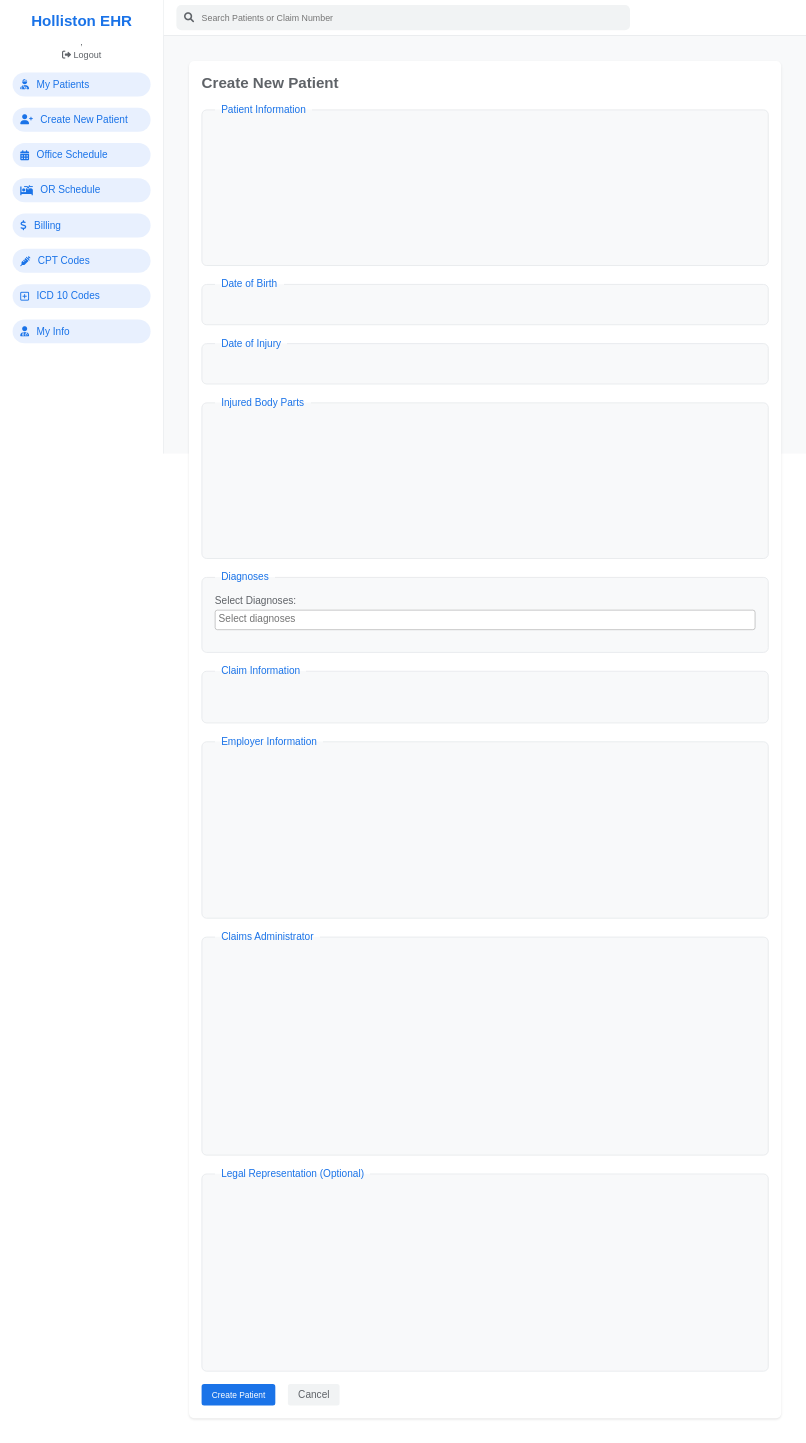
Repository: DavidG626/Flask-Project
Page: templates/create_patient.html
An editor plug-in stored every save of this project. The page is shown before and after the next save, followed by the edit.
The browser window is 1280 px wide. The pictures show the whole page, at 63% of full size.
Some web libraries are served in a nearby version. The template is drawn by Flask 3. The application's start-up code is not run. Other server files are loaded and not shown. The template is opened directly, without the code that normally fills it, so the values that code supplies are empty.

Above is the page before, as saved 2025-02-08 02:31:26.

### templates/create_patient.html
<!DOCTYPE html>
<html lang="en">
    <head>
        <meta charset="UTF-8">
        <meta name="viewport" content="width=device-width, initial-scale=1.0">
        <title>Create New Patient</title>
        <link rel="stylesheet" type="text/css" href="/static/dashboard.css">
        <link rel="stylesheet" type="text/css" href="{{ url_for('static', filename='create_patient.css') }}">
        <link href="https://cdnjs.cloudflare.com/ajax/libs/font-awesome/6.0.0/css/all.min.css" rel="stylesheet">
        <link href="https://cdn.jsdelivr.net/npm/select2@4.1.0-rc.0/dist/css/select2.min.css" rel="stylesheet" />
        <script src="https://cdn.jsdelivr.net/npm/jquery@3.6.0/dist/jquery.min.js"></script>
        <script src="https://cdn.jsdelivr.net/npm/select2@4.1.0-rc.0/dist/js/select2.min.js"></script>
    </head>
<body>
    <div class="container">
          <!-- Sidebar -->
          <aside class="sidebar">
            <div class="logo">Holliston EHR</div>
            <div class="logged-user">
                 {{ current_user.first_name }} {{ current_user.last_name }}, {{ current_user.medical_title }}
                <a href="{{ url_for('dashboard.logout') }}" class="logout-link">
                    <i class="fas fa-sign-out-alt"></i> Logout
                </a>
            </div>
            <nav>
                <!-- rest of your navigation -->
                <ul>
                    <li class="active">
                        <a href="{{ url_for('dashboard.my_patients') }}">
                            <i class="fas fa-user-injured"></i>My Patients
                        </a>
                    </li>
                </ul>
                <br>

                <ul>
                    <li class="active">
                        <a href="{{ url_for('dashboard.create_patient') }}">
                            <i class="fas fa-user-plus"></i>Create New Patient
                        </a>
                    </li>
                </ul>
                <br>
                <ul>
                    <li class="active"><a href=""><i class="fas fa-calendar-alt"></i>Office Schedule</a></li>
                </ul>
                <br>

                <ul>
                    <li class="active"><a href=""><i class="fas fa-procedures"></i>OR Schedule</a></li>
                </ul>
                <br>

                <ul>
                    <li class="active"><a href=""><i class="fas fa-dollar-sign"></i>Billing</a></li>
                </ul>
                <br>

                <ul>
                    <li class="active">
                        <a href="{{ url_for('cpt.cpt_codes') }}">
                            <i class="fas fa-syringe"></i>CPT Codes
                        </a>
                    </li>
                </ul>
                <br>

                <ul>
                    <li class="active">
                        <a href="{{ url_for('icd10.icd10_codes') }}">
                            <i class="far fa-plus-square"></i>ICD 10 Codes
                        </a>
                    </li>
                </ul>
                <br>

                <ul>
                    <li class="active">
                        <a href="{{ url_for('dashboard.my_info') }}">
                            <i class="fas fa-user-md"></i>My Info
                        </a>
                    </li>
                </ul>
            </nav>
        </aside>

        <!-- Main Content -->
        <main>
            <!-- Header -->
            <header>
                <div class="search-bar">
                    <i class="fas fa-search"></i>
                    <form action="{{ url_for('dashboard.my_patients') }}" method="get">
                        <input type="text" name="search" placeholder="Search Patients or Claim Number" value="{{ search_query or '' }}">
                    </form>
                </div>
            </header>

            <!-- Content Area -->
            <div class="content">
                <div class="toolbar">
                    {% with messages = get_flashed_messages(with_categories=true) %}
                        {% if messages %}
                            <ul>
                                {% for category, message in messages %}
                                    <div class="{{ category }}">{{ message }}</div>
                                {% endfor %}
                            </ul>
                        {% endif %}
                    {% endwith %}


                </div>

                <!-- Patient Registration Form -->
                <div class="registration-container">
                    <h2>Create New Patient</h2>
                    <form method="POST" action="">
                        {{ form.hidden_tag() }}

                        <!-- Provider Information - Hidden since we're logged in -->
                        {{ form.provider_first_name(type="hidden") }}
                        {{ form.provider_last_name(type="hidden") }}

                        <!-- Patient Name -->
                        <fieldset>
                            <legend>Patient Information</legend>
                            <div class="form-group">
                                {{ form.patient_first_name.label }}<br>
                                {{ form.patient_first_name(class="form-input") }}
                            </div>
                            <div class="form-group">
                                {{ form.patient_last_name.label }}<br>
                                {{ form.patient_last_name(class="form-input") }}
                            </div>

                            <!-- Patient Address -->
                            <div class="form-group">
                                {{ form.patient_address.label }}<br>
                                {{ form.patient_address(class="form-input") }}
                            </div>
                            <div class="form-group">
                                {{ form.patient_city.label }}<br>
                                {{ form.patient_city(class="form-input") }}
                            </div>
                            <div class="form-group">
                                {{ form.patient_zip_code.label }}<br>
                                {{ form.patient_zip_code(class="form-input") }}
                            </div>
                            <div class="form-group">
                                {{ form.patient_state.label }}<br>
                                {{ form.patient_state(class="form-input") }}
                            </div>
                        </fieldset>

                        <!-- Date of Birth -->
                        <fieldset>
                            <legend>Date of Birth</legend>
                            <div class="form-group date-group">
                                {{ form.patient_dob_month(class="form-input", placeholder="MM") }}
                                {{ form.patient_dob_day(class="form-input", placeholder="DD") }}
                                {{ form.patient_dob_year(class="form-input", placeholder="YYYY") }}
                            </div>
                        </fieldset>

                        <!-- Date of Injury -->
                        <fieldset>
                            <legend>Date of Injury</legend>
                            <div class="form-group date-group">
                                {{ form.doi_month(class="form-input", placeholder="MM") }}
                                {{ form.doi_day(class="form-input", placeholder="DD") }}
                                {{ form.doi_year(class="form-input", placeholder="YYYY") }}
                            </div>
                        </fieldset>

                        <!-- Body Parts -->
                        <fieldset>
                            <legend>Injured Body Parts</legend>
                            {% for i in range(1, 7) %}
                            <div class="form-group">
                                {{ form['body_part_' ~ i].label }}<br>
                                {{ form['body_part_' ~ i](class="form-input") }}
                            </div>
                            {% endfor %}
                        </fieldset>

                        <!-- Add the new diagnoses fieldset -->
                        <fieldset>
                            <legend>Diagnoses</legend>
                            <div class="form-group">
                                <label>Select Diagnoses:</label>
                                <select name="diagnoses" multiple class="form-select">
                                    <option value="">Select a diagnosis</option>
                                    {% for code in icd10_codes %}
                                        <option value="{{ code.id }}">{{ code.description }} ({{ code.code }})</option>
                                    {% endfor %}
                                </select>
                            </div>
                        </fieldset>


                        <!-- Claim Information -->
                        <fieldset>
                            <legend>Claim Information</legend>
                            <div class="form-group">
                                {{ form.claim_number.label }}<br>
                                {{ form.claim_number(class="form-input") }}
                            </div>
                        </fieldset>

                        <!-- Employer Information -->
                        <fieldset>
                            <legend>Employer Information</legend>
                            <div class="form-group">
                                {{ form.employer.label }}<br>
                                {{ form.employer(class="form-input") }}
                            </div>
                            <div class="form-group">
                                {{ form.employer_address.label }}<br>
                                {{ form.employer_address(class="form-input") }}
                            </div>
                            <div class="form-group">
                                {{ form.employer_city.label }}<br>
                                {{ form.employer_city(class="form-input") }}
                            </div>
                            <div class="form-group">
                                {{ form.employer_state.label }}<br>
                                {{ form.employer_state(class="form-input") }}
                            </div>
                            <div class="form-group">
                                {{ form.employer_zip_code.label }}<br>
                                {{ form.employer_zip_code(class="form-input") }}
                            </div>
                            <div class="form-group">
                                {{ form.employer_phone.label }}<br>
                                {{ form.employer_phone(class="form-input") }}
                            </div>
                            <div class="form-group">
                                {{ form.employer_fax.label }}<br>
                                {{ form.employer_fax(class="form-input") }}
                            </div>
                        </fieldset>

                        <!-- Claims Administrator -->
                        <fieldset>
                            <legend>Claims Administrator</legend>
                            <div class="form-group">
                                {{ form.admin_name.label }}<br>
                                {{ form.admin_name(class="form-input") }}
                            </div>
                            <div class="form-group">
                                {{ form.adjustor.label }}<br>
                                {{ form.adjustor(class="form-input") }}
                            </div>
                            <div class="form-group">
                                {{ form.adjustor_address.label }}<br>
                                {{ form.adjustor_address(class="form-input") }}
                            </div>
                            <div class="form-group">
                                {{ form.adjustor_city.label }}<br>
                                {{ form.adjustor_city(class="form-input") }}
                            </div>
                            <div class="form-group">
                                {{ form.adjustor_state.label }}<br>
                                {{ form.adjustor_state(class="form-input") }}
                            </div>
                            <div class="form-group">
                                {{ form.adjustor_zip_code.label }}<br>
                                {{ form.adjustor_zip_code(class="form-input") }}
                            </div>
                            <div class="form-group">
                                {{ form.adjustor_phone.label }}<br>
                                {{ form.adjustor_phone(class="form-input") }}
                            </div>
                            <div class="form-group">
                                {{ form.adjustor_fax.label }}<br>
                                {{ form.adjustor_fax(class="form-input") }}
                            </div>
                            <div class="form-group">
                                {{ form.adjustor_email.label }}<br>
                                {{ form.adjustor_email(class="form-input") }}
                            </div>
                        </fieldset>

                        <!-- Lawyer Information -->
                        <fieldset>
                            <legend>Legal Representation (Optional)</legend>
                            <div class="form-group">
                                {{ form.lawyer_name.label }}<br>
                                {{ form.lawyer_name(class="form-input") }}
                            </div>
                            <div class="form-group">
                                {{ form.lawyer_address.label }}<br>
                                {{ form.lawyer_address(class="form-input") }}
                            </div>
                            <div class="form-group">
                                {{ form.lawyer_city.label }}<br>
                                {{ form.lawyer_city(class="form-input") }}
                            </div>
                            <div class="form-group">
                                {{ form.lawyer_state.label }}<br>
                                {{ form.lawyer_state(class="form-input") }}
                            </div>
                            <div class="form-group">
                                {{ form.lawyer_zip_code.label }}<br>
                                {{ form.lawyer_zip_code(class="form-input") }}
                            </div>
                            <div class="form-group">
                                {{ form.lawyer_phone.label }}<br>
                                {{ form.lawyer_phone(class="form-input") }}
                            </div>
                            <div class="form-group">
                                {{ form.lawyer_fax.label }}<br>
                                {{ form.lawyer_fax(class="form-input") }}
                            </div>
                            <div class="form-group">
                                {{ form.lawyer_email.label }}<br>
                                {{ form.lawyer_email(class="form-input") }}
                            </div>
                        </fieldset>

                        <div class="buttons">
                            <button type="submit" class="save-btn">Create Patient</button>
                            <a href="{{ url_for('dashboard.my_patients') }}" class="cancel-btn">Cancel</a>
                        </div>
                    </form>
                </div>
            </div>
        </main>
    </div>
</body>
</html>

<script>
    $(document).ready(function() {
        $('.form-select').select2({
            placeholder: 'Select diagnoses',
            allowClear: true
        });
    });
    </script>

### static/create_patient.css

.registration-container {
    background: white;
    border-radius: 8px;
    padding: 20px;
    margin: 20px;
    box-shadow: 0 2px 4px rgba(0,0,0,0.1);
}

.registration-container h2 {
    color: #5f6368;
    margin-bottom: 20px;
    font-size: 1.5rem;
}

fieldset {
    border: 1px solid #e1e4e8;
    border-radius: 8px;
    padding: 20px;
    margin-bottom: 20px;
    background: #f8f9fa;
}

legend {
    color: #1a73e8;
    font-weight: 500;
    padding: 0 10px;
}

.form-group {
    margin-bottom: 15px;
}

.form-group label {
    display: block;
    margin-bottom: 5px;
    color: #5f6368;
    font-weight: 500;
}

.form-input {
    width: 100%;
    padding: 8px 12px;
    border: 1px solid #e1e4e8;
    border-radius: 4px;
    font-size: 14px;
}

.form-input:focus {
    border-color: #1a73e8;
    outline: none;
    box-shadow: 0 0 0 2px rgba(26,115,232,0.2);
}

/* Date fields styling */
.date-group {
    display: flex;
    gap: 10px;
}

.date-group .form-input {
    width: 33%;
}

/* Button styling to match your dashboard */
.buttons {
    margin-top: 20px;
    display: flex;
    gap: 10px;
}

.save-btn {
    background: #1a73e8;
    color: white;
    padding: 8px 16px;
    border: none;
    border-radius: 4px;
    cursor: pointer;
    font-weight: 500;
}

.save-btn:hover {
    background: #1557b0;
}

.cancel-btn {
    background: #f1f3f4;
    color: #5f6368;
    padding: 8px 16px;
    border: none;
    border-radius: 4px;
    text-decoration: none;
    font-weight: 500;
}

.cancel-btn:hover {
    background: #e3e6e8;
}

/* Responsive adjustments */
@media (max-width: 1600px) {
    html {
        font-size: 16px;
    }
}

@media (max-width: 1200px) {
    html {
        font-size: 16px;
    }
}

@media (max-width: 992px) {
    html {
        font-size: 14px;
    }
}

@media (max-width: 768px) {
    html {
        font-size: 12px;
    }
}

@media (max-width: 600px) {
    html {
        font-size: 10px;
    }
}

Loaded but not shown: static/dashboard.css (408 lines, source omitted)

After the next save:
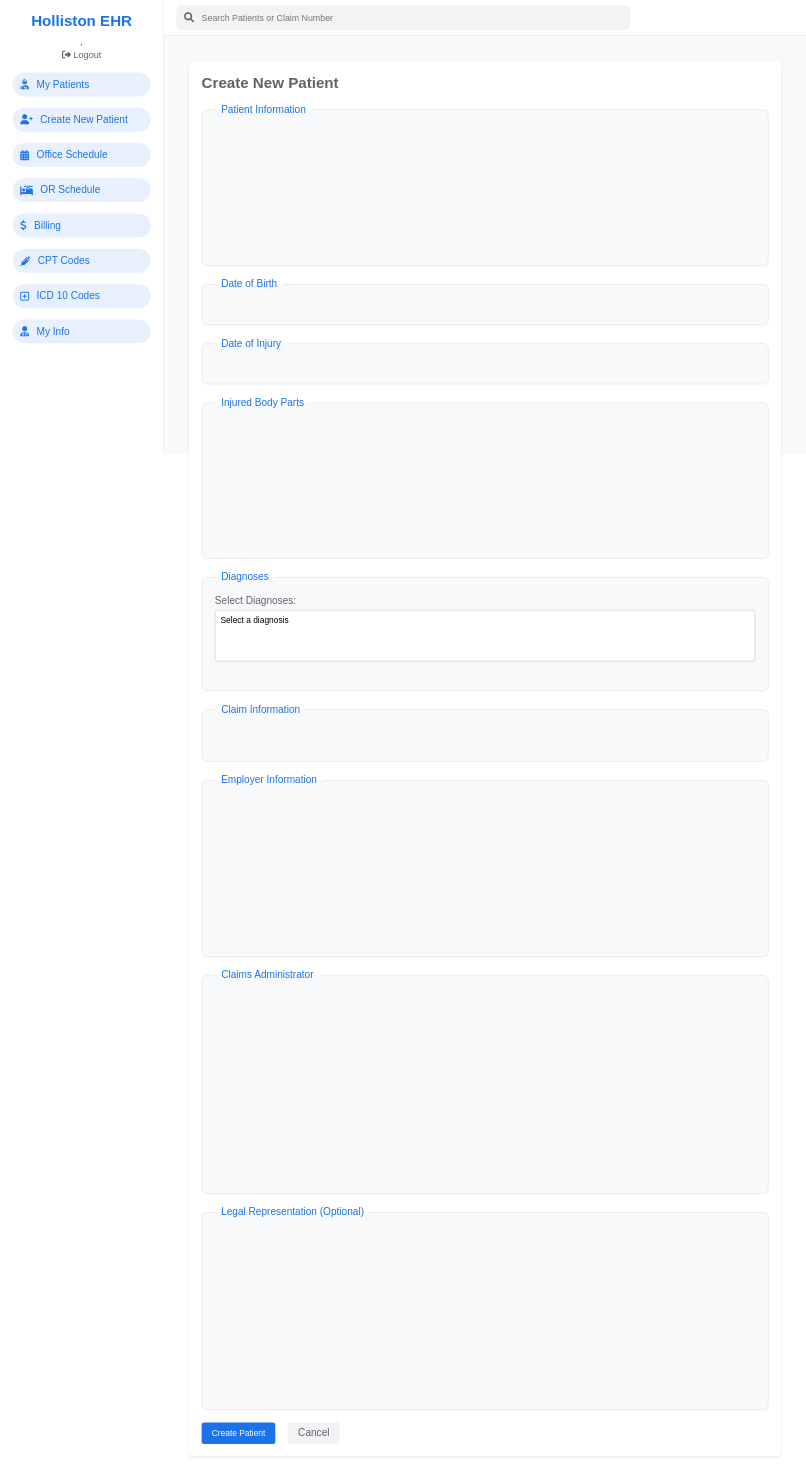
Saved 73 s later.
--- a/templates/create_patient.html
+++ b/templates/create_patient.html
@@ -330,12 +330,3 @@
     </div>
 </body>
 </html>
-
-<script>
-    $(document).ready(function() {
-        $('.form-select').select2({
-            placeholder: 'Select diagnoses',
-            allowClear: true
-        });
-    });
-    </script>

After the 3 saves that followed:
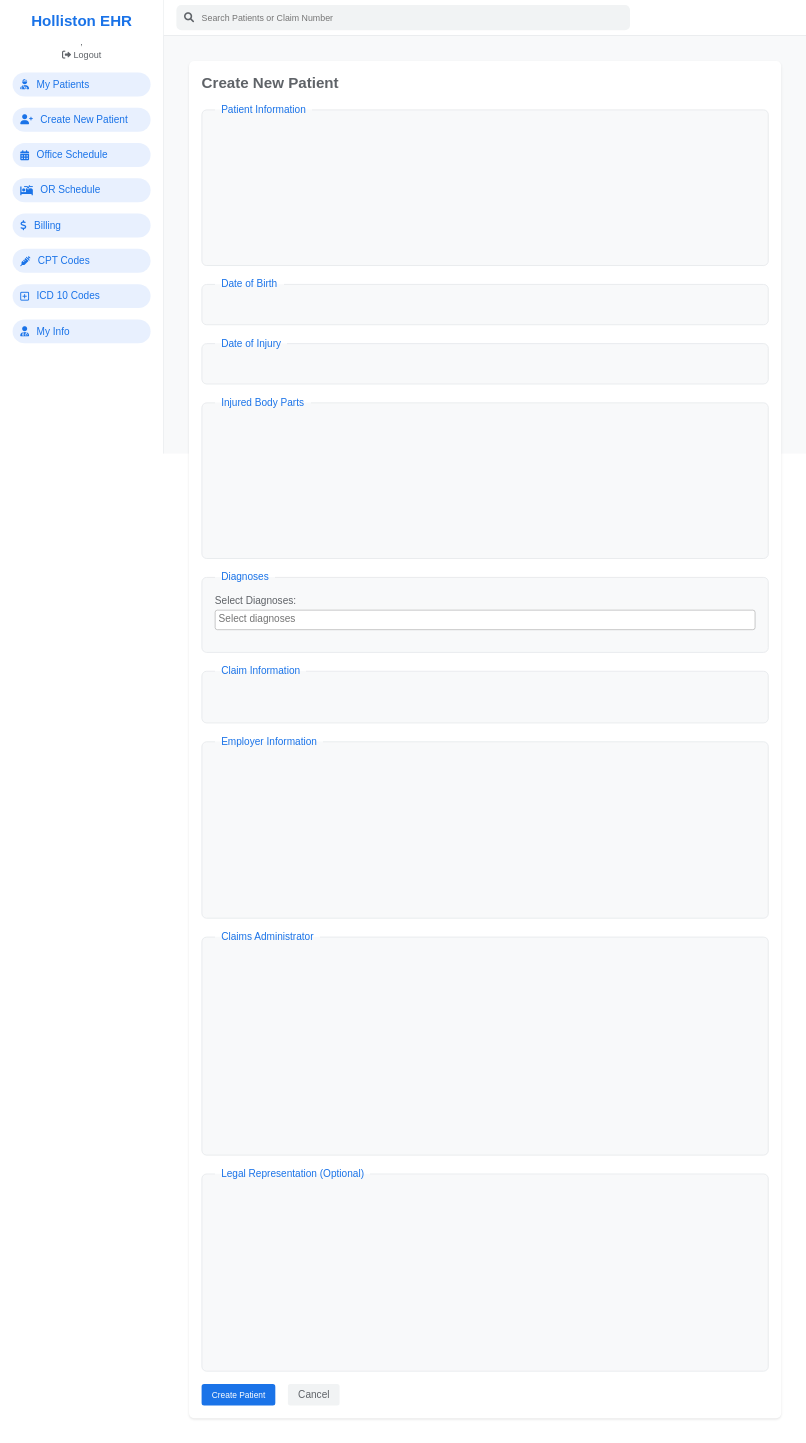
The 3 saves are shown as one change because they came seconds apart.
The last was saved 13 s later.
--- a/templates/create_patient.html
+++ b/templates/create_patient.html
@@ -328,5 +328,15 @@
             </div>
         </main>
     </div>
+
+    <script>
+        $(document).ready(function() {
+            $('.form-select').select2({
+                placeholder: 'Select diagnoses',
+                allowClear: true,
+                width: '100%'
+            });
+        });
+        </script>
 </body>
 </html>
